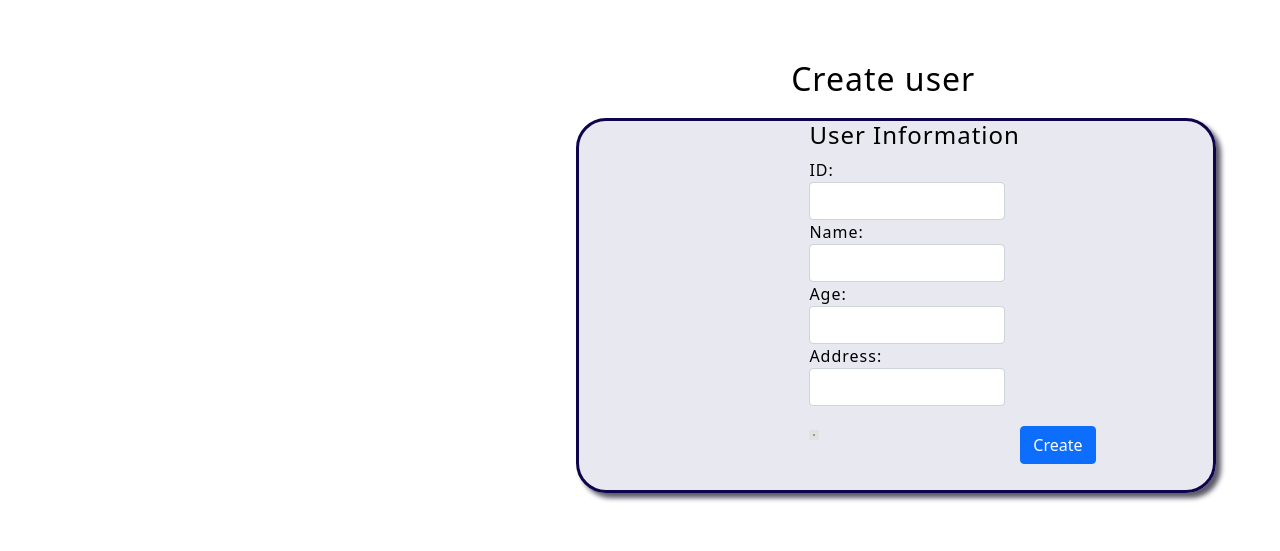
Repository: minhtuan16/JS-Basic
Page: CRUD-Department/create.html
The author's editor kept a copy of each file at every save. The page is drawn from the files as they stood at one save, then again after the next save.
The browser window is 1280 px wide. The pictures show the whole page.

Above is the page before, as saved 2022-06-09 00:15:37.

### CRUD-Department/create.html
<!DOCTYPE html>
<html lang="en">
<head>
    <meta charset="UTF-8">
    <meta http-equiv="X-UA-Compatible" content="IE=edge">
    <meta name="viewport" content="width=device-width, initial-scale=1.0">
    <link rel="stylesheet" href="https://cdnjs.cloudflare.com/ajax/libs/font-awesome/4.7.0/css/font-awesome.min.css">
    <link href="https://cdn.jsdelivr.net/npm/bootstrap@5.1.3/dist/css/bootstrap.min.css" rel="stylesheet" integrity="sha384-1BmE4kWBq78iYhFldvKuhfTAU6auU8tT94WrHftjDbrCEXSU1oBoqyl2QvZ6jIW3" crossorigin="anonymous">
    <link rel="stylesheet" href="styles/style.css">
    <!-- <link rel="stylesheet" href="styles/search.css"> -->
    <title>User</title>
</head>
<body>

    <h2>Create user</h2>
    <!--create a form with the following fiels,email, password, first name, last name, age, address, phone, payment, color-->


    <form id="registerForm" class="container">
        <h4>User Information</h4>
        <div class="control">
            <label>ID:</label>
            <input class="form-control" id="id" type="text" value="" />
        </div>

        <div class="control">
            <label>Name:</label>
            <input class="form-control" id="name" type="text" value="" />
        </div>
        <div class="control">
            <label>Age:</label>
            <input class="form-control" id="age" type="text" value="" />
        </div>
        <div class="control">
            <label>Address:</label>
            <input class="form-control" id="address" type="text" value="" />
        </div>
        <a href="users.html"></a>
        <button type="button" class="btn btn-primary" id="btnSave" onclick="create()">Create</button>

        <button type="button" class="btn btn-primary" id="btnUpdate" onclick="update()" style="display: none;">Save</button>
    </form>

    <!-- <div class="search-container">
        <form >
            <input type="text" placeholder="Search..." name="search">
            <button type="button"><i class="fa fa-search"></i></button>
        </form>
    </div> -->

    <!-- <table border="1px">

        <tr>
            <td>ID</td>
            <td>Name</td>
            <td>Age</td>
            <td>Address</td>
            <td>Action</td>
        </tr>

        <tbody id="tableBody">

        </tbody>
    </table> -->
    <script src="scripts/create.js"></script>
</body>
</html>

### CRUD-Department/styles/style.css
/* Global */
.control{
    width: 50%;
}
.error{
    border: 2px solid red;
}
html{
    font-family: Verdana, Geneva, Tahoma, sans-serif;
    letter-spacing: 1px;
}
h2{
    text-align: center;
}
body{
    /* background-color: #141E61; */
    color: #000000;
}
/* Nav */
a {
    display: inline-block;
    text-decoration: none;
    color: black;
    padding: 5px;
    background-color: #9498a3;
    vertical-align: middle;
    -webkit-transform: perspective(1px) translateZ(0);
    transform: perspective(1px) translateZ(0);
    box-shadow: 0 0 1px rgba(0, 0, 0, 0);
    position: relative;
}

a:before {
    content: '';
    position: absolute;
    border: #e1e1e1 solid 4px;
    top: 0;
    right: 0;
    bottom: 0;
    left: 0;
    -webkit-transition-duration: 0.3s;
    transition-duration: 0.3s;
    -webkit-transition-property: top, right, bottom, left;
    transition-property: top, right, bottom, left;
}

a:hover:before,
a:focus:before,
.a:active:before {
    top: -8px;
    right: -8px;
    bottom: -8px;
    left: -8px;
}

/* Index */
#sign-in {
    border: #0F044C solid 3px;
    background-color: #1225ee34;
    box-shadow: 5px 5px 5px #0F044C;
    padding-left: 20%;
    padding-bottom: 20%;
    width: 20rem;
    margin-left: 20%;
    border-radius: 30px;
}

/* Register */
.nav-btn {
    margin-left: 20px;
    margin-top: 20px
}

h2 {
    margin-left: 38%;
    margin-top: 60px;
}

#registerForm {
    border: #0F044C solid 3px;
    background-color: #8f92b434;
    box-shadow: 5px 5px 5px #5c5a68;
    padding-left: 18%;
    padding-bottom: 2%;
    width: 50%;
    margin-left: 45%;
    border-radius: 30px;
    margin-top: 20px;
}

#btnSave {
    margin-left: 50%;
    margin-top: 20px;
}

#btnUpdate {
    margin-left: 50%;
    margin-top: 20px;
}

/* Users */
table {
    border: #a0bce7 4px solid;
    background-color: #8184a734;
    margin-top: -350px;
    margin-left: 100px;
}

/* h1 {
    margin-top: -450px;
} */
table form input {
    margin-left: 100px;
}

table td {
    border: #000000 1px solid;
    text-align: center;
    font-weight: 900;
    padding: 10px;
}

td {
    font-weight: 100;
    border: #e1e1e1 solid 1px;
    padding: 5px;
}

### CRUD-Department/scripts/create.js

var data = [
    {id: 1, name: "xyz1", age: 18, address: "hn"},
    {id: 2, name: "xyz2", age: 20, address: "hn"},
    {id: 3, name: "xyz3", age: 21, address: "hn"}
]

function drawTable(person) {
    var tr = document.createElement("tr");
    var tdid = document.createElement("td");
    var tdName = document.createElement("td");
    var tdAge = document.createElement("td");
    var tdAddress = document.createElement("td");
    var tdOption = document.createElement("td");

    var editBtn = document.createElement("button");
    var deleteBtn = document.createElement("button");

    editBtn.innerText = 'Edit';
    deleteBtn.innerText = 'Delete';

    tdOption.appendChild(editBtn);
    tdOption.appendChild(deleteBtn);

    //bat su kien edit
    editBtn.onclick = function() {
        editPerson(person.id);
    }

    //bat su kien edit
    deleteBtn.onclick = function() {
        deletePerson(person.id);
    }

    tdid.innerHTML = person.id;
    tdName.innerHTML = person.name;
    tdAge.innerHTML = person.age;
    tdAddress.innerHTML = person.address;

    tr.appendChild(tdid);
    tr.appendChild(tdName);
    tr.appendChild(tdAge);
    tr.appendChild(tdAddress);
    tr.appendChild(tdOption)

    var tableBody = document.getElementById("tableBody");
    tableBody.appendChild(tr);
}

function resetDrawTable(persons) {
    var tableBody = document.getElementById("tableBody");
    tableBody.innerHTML = "";

    for (var i = 0; i < persons.length; i++) {
        drawTable(persons[i]);
    }
}

// resetDrawTable(data)
function create() {
    var idIp = document.getElementById("id");
    var nameIp = document.getElementById("name");
    var ageIp = document.getElementById("age");
    var addressIp = document.getElementById("address");


    var id = idIp.value;
    var name = nameIp.value;
    var age = ageIp.value;
    var address = addressIp.value;

    if (id.length > 0 && name.length > 0 && age.length > 0 && address.length > 0) {
        var p = {id: id, name: name, age: age, address: address};

        data.push(p);

        resetDrawTable(data);

        alert('Create Success');
    } else {
        alert('Dien day du thong tin');
    }
}

function editPerson(id) {
    var index = data.findIndex(x => x.id == id);
    let person = data[index];

    var idIp = document.getElementById("id");
    var nameIp = document.getElementById("name");
    var ageIp = document.getElementById("age");
    var addressIp = document.getElementById("address");

    idIp.value = person.id;
    nameIp.value = person.name;
    ageIp.value = person.age;
    addressIp.value = person.address;

    document.getElementById("btnUpdate").style.display = 'block';
    document.getElementById("btnSave").style.display = 'none';
}

function update() {
    var idIp = document.getElementById("id");
    var nameIp = document.getElementById("name");
    var ageIp = document.getElementById("age");
    var addressIp = document.getElementById("address");

    var id = idIp.value;
    var name = nameIp.value;
    var age = ageIp.value;
    var address = addressIp.value;

    var index = data.findIndex(x => x.id == id);

    if (id.length > 0 && name.length > 0 && age.length > 0 && address.length > 0) {
        data[index] = {id: id, name: name, age: age, address: address};

        resetDrawTable(data);
        alert('Create Success');
    } else {
        alert('Dien day du thong tin');
    }
    document.getElementById("btnUpdate").style.display = 'none';
    document.getElementById("btnSave").style.display = 'block';
}

function deletePerson(id) {
    var newData = data.filter(x => x.id != id);

    data = newData;

    resetDrawTable(data);

}

After the next save:
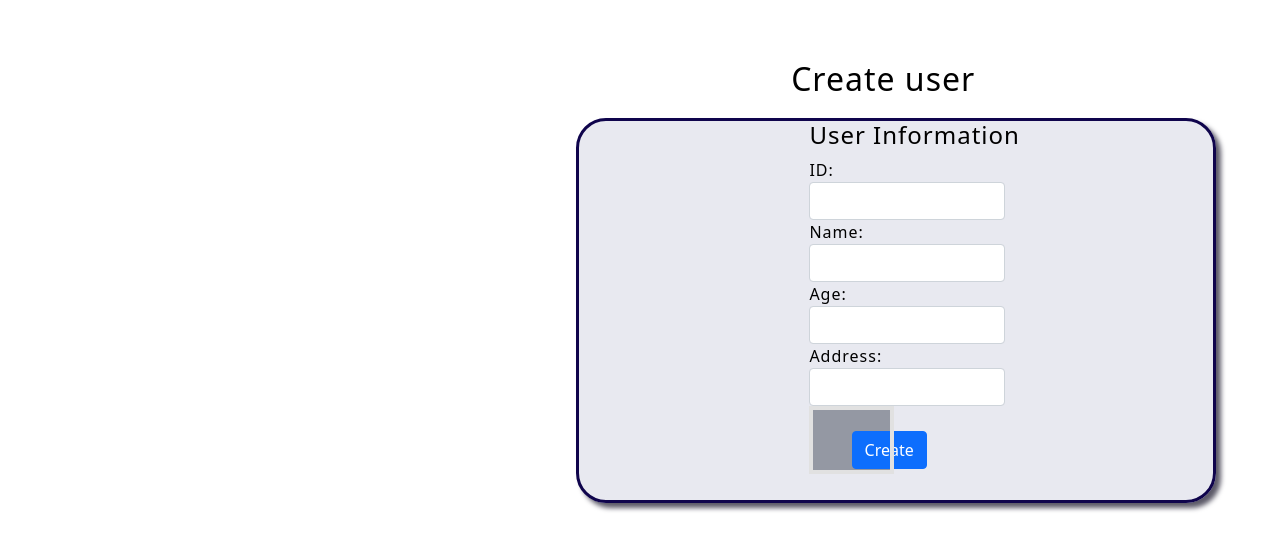
Saved 3 s later.
--- a/CRUD-Department/create.html
+++ b/CRUD-Department/create.html
@@ -35,9 +35,9 @@
             <label>Address:</label>
             <input class="form-control" id="address" type="text" value="" />
         </div>
-        <a href="users.html"></a>
+        <a href="users.html">
         <button type="button" class="btn btn-primary" id="btnSave" onclick="create()">Create</button>
-
+        </a>
         <button type="button" class="btn btn-primary" id="btnUpdate" onclick="update()" style="display: none;">Save</button>
     </form>
 
